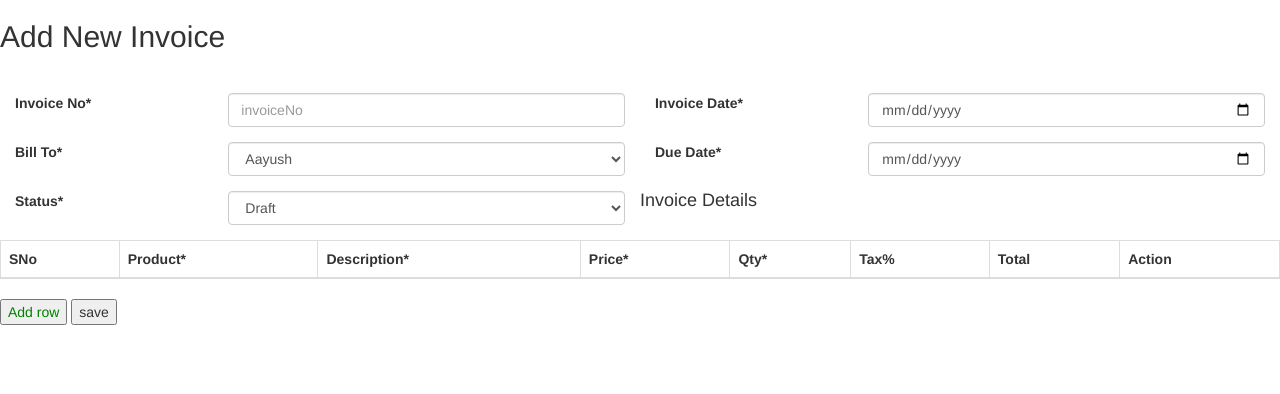
Repository: Aayush13013/Invoice_Management_app
Page: http://localhost/invoiceInfo/WEB-INF/jsp/new_invoiceInfo.jsp
An editor plug-in stored every save of this project. The page is shown before and after the next save, followed by the edit.
The browser window is 1280 px wide. The pictures show the whole page.
The page is served by Tomcat 9. Nobody is signed in. The template is opened directly, without the code that normally fills it, so the values that code supplies are empty.

Above is the page before, as saved 2021-12-27 16:21:30.

After the next save:
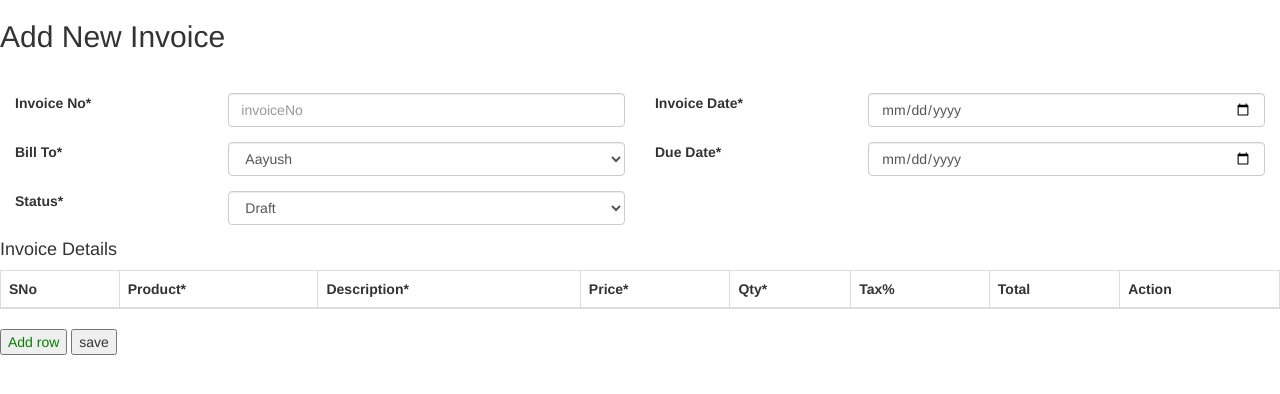
Saved 2 min 46 s later.
--- a/invoiceInfo/invoiceInfo/src/main/webapp/WEB-INF/jsp/new_invoiceInfo.jsp
+++ b/invoiceInfo/invoiceInfo/src/main/webapp/WEB-INF/jsp/new_invoiceInfo.jsp
@@ -141,6 +141,12 @@
 					</optgroup>
 				</form:select>
 			</div>
+			 <div class="form-group col-md-2">
+                <label hidden>** :</label>
+            </div>
+            <div class="form-group col-md-4">
+                <input type="text" class="form-control" style="visibility: hidden;">
+            </div>
 		</div>
 
 
